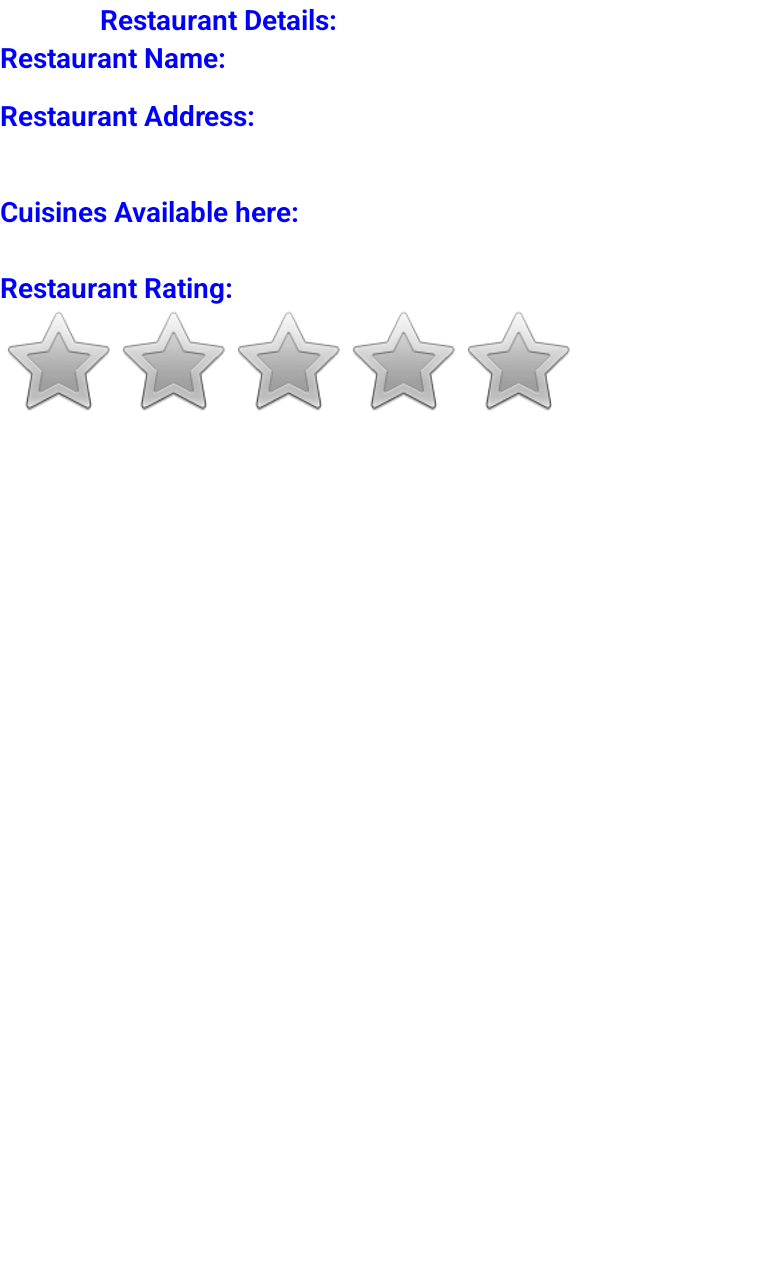
Repository: Mihir-Webonise/AllAndroidAssignments
Layout: ZomatoAssignment/res/layout/restaurantdetails.xml
The author's editor kept a copy of each file at every save. The layout is drawn from the files as they stood at one save, then again after the next save.
It is drawn on a 768 x 1280 px phone screen (xhdpi) without system bars, with theme android:Theme; the app's code is not run.

Above is the layout before, as saved 2012-06-29 13:17:19.

After the next save:
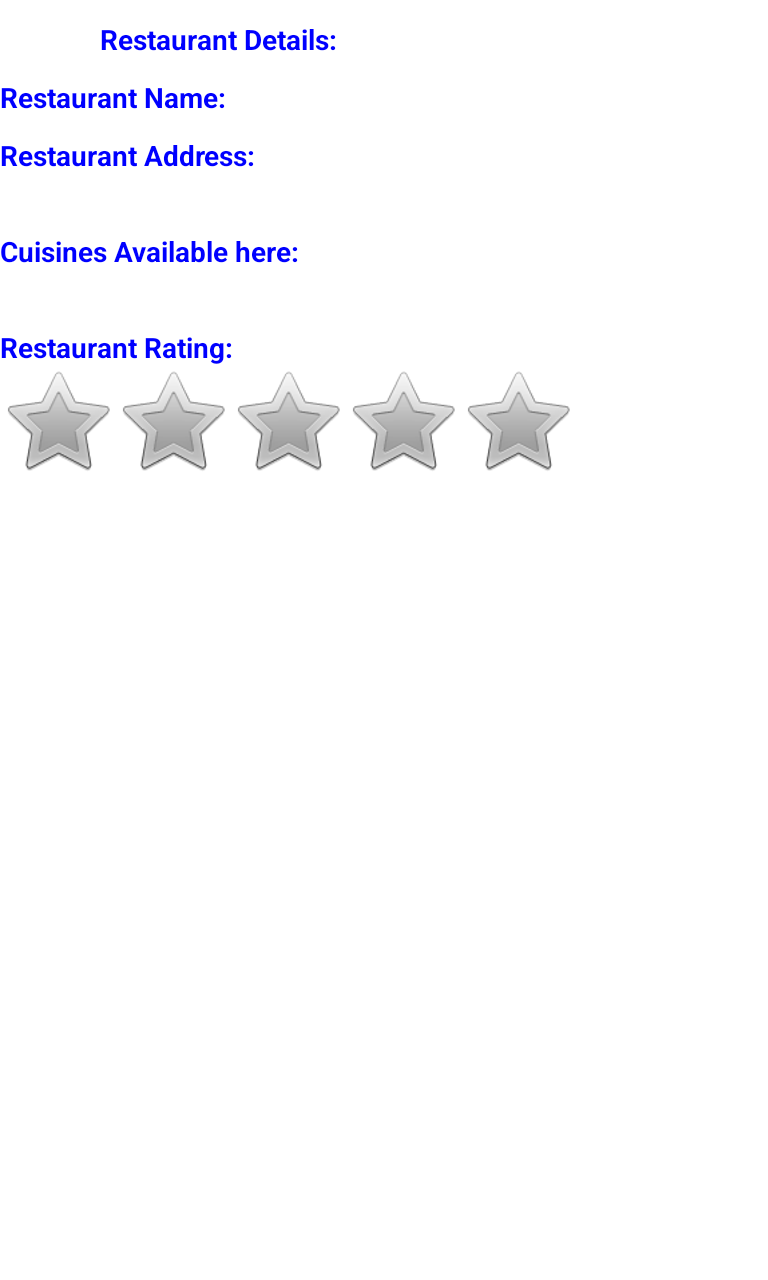
Saved 46 s later.
--- a/ZomatoAssignment/res/layout/restaurantdetails.xml
+++ b/ZomatoAssignment/res/layout/restaurantdetails.xml
@@ -12,6 +12,7 @@
         android:layout_height="wrap_content"
         android:text="Restaurant Details: "
         android:layout_marginLeft="50dp"
+        android:layout_marginTop="10dp"
         android:textColor="#0000ff"
         android:textStyle="bold" />
 
@@ -26,6 +27,7 @@
             android:layout_height="wrap_content"
             android:text="Restaurant Name: "
             android:textColor="#0000ff"
+            android:layout_marginTop="10dp"
             android:textStyle="bold" />
 
         <TextView
@@ -82,6 +84,7 @@
             android:layout_height="wrap_content"
             android:text="Restaurant Rating: "
             android:textColor="#0000ff"
+            android:layout_marginTop="10dp"
             android:textStyle="bold" />
 
         <TextView
